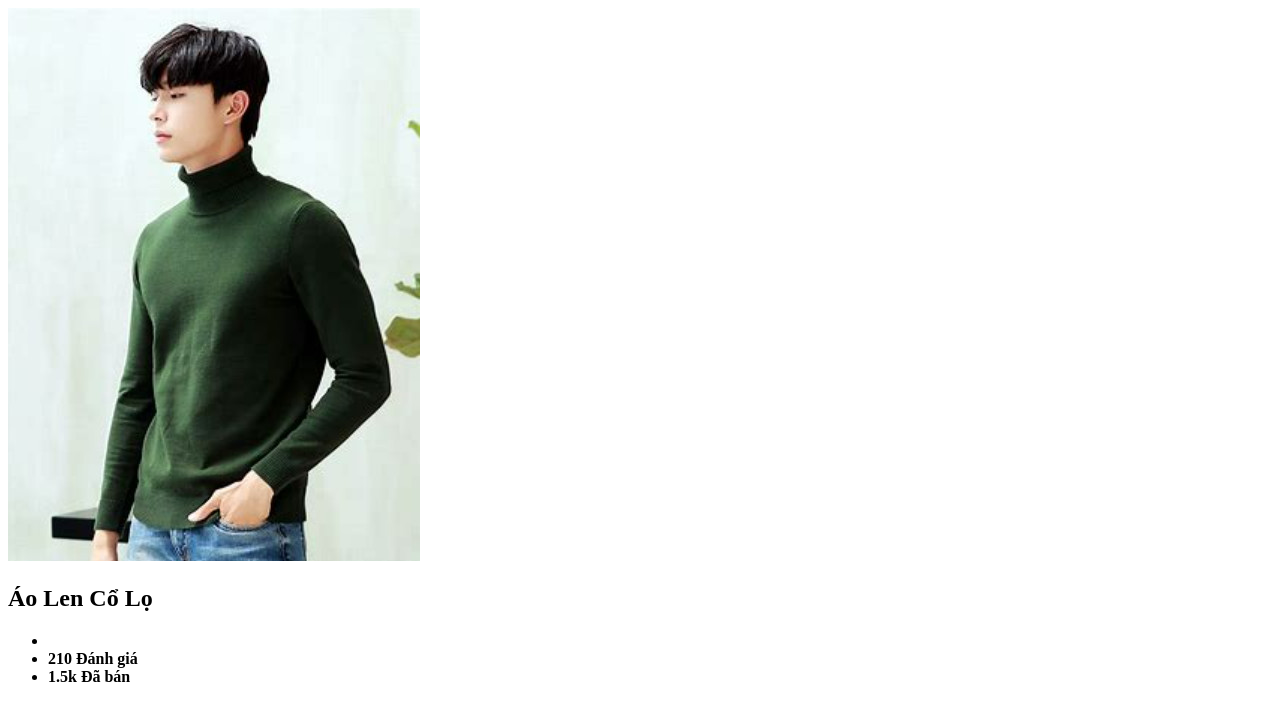
Repository: manhhieu120499/Project_ShopQuanAo
Page: html/chi_tiet_san_pham.html
An editor plug-in stored every save of this project. The page is shown before and after a run of saves, followed by the edit.
The browser window is 1280 px wide. The pictures show the whole page.

Above is the page before, as saved 2023-04-01 11:08:42.

### html/chi_tiet_san_pham.html
<!DOCTYPE html>
<html lang="en">
<head>
    <meta charset="UTF-8">
    <meta http-equiv="X-UA-Compatible" content="IE=edge">
    <meta name="viewport" content="width=device-width, initial-scale=1.0">
    <title>Document</title>
</head>
<body>
    <div class="wrapper">
        <div class="container">
            <div class="left_image">
                 <img src="/image/image_chitietsanpham/43.jpg" alt="">
            </div>

            <div class="right_des">
                 <h2>Áo Len Cổ Lọ</h2>
                 <div class="rating">
                    <ul>
                        <li><img src="" alt=""></li>
                        <li><b>210 Đánh giá</b></li>
                        <li><b>1.5k Đã bán</b></li>
                    </ul>
                    <p class="money"></p>
                    <div class="size">

                    </div>
                 </div>
            </div>
        </div>
    </div>
</body>
</html>

After the next 7 saves:
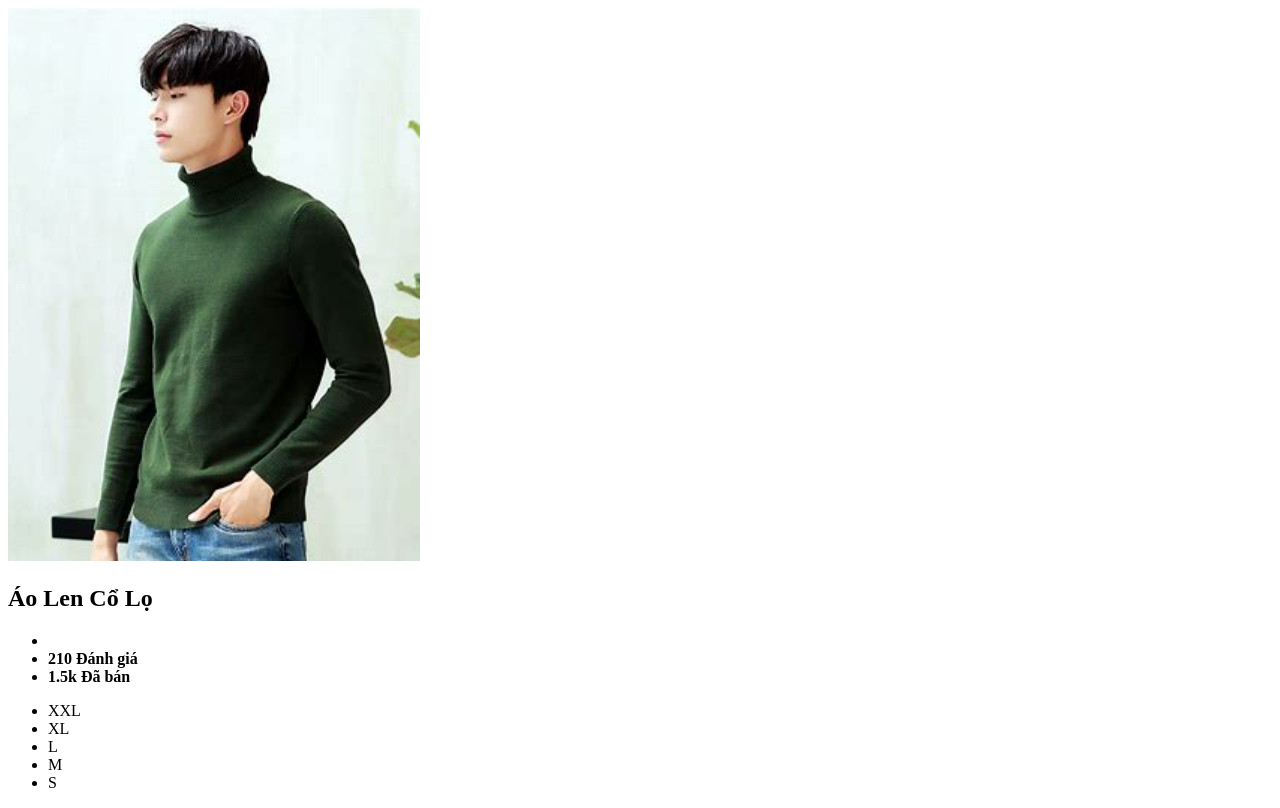
The 7 saves are shown as one change because they came seconds apart.
The last was saved 17 s later.
--- a/html/chi_tiet_san_pham.html
+++ b/html/chi_tiet_san_pham.html
@@ -23,7 +23,13 @@
                     </ul>
                     <p class="money"></p>
                     <div class="size">
-
+                        <ul>
+                            <li>XXL</li>
+                            <li>XL</li>
+                            <li>L</li>
+                            <li>M</li>
+                            <li>S</li>
+                        </ul>
                     </div>
                  </div>
             </div>
